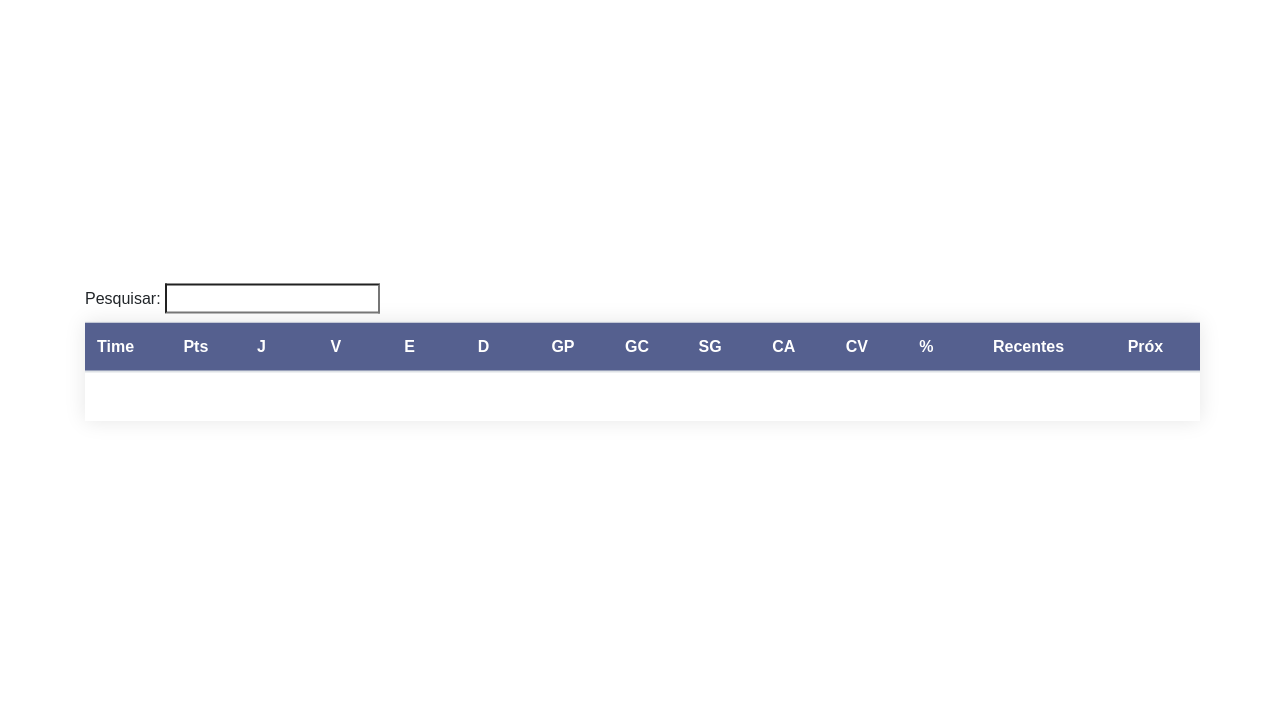
Repository: danielvieira7/campeonato-brasileiro-embed
Page: index.html
The author's editor kept a copy of each file at every save. The page is drawn from the files as they stood at one save, then again after the next save.
The browser window is 1280 px wide. The pictures show the whole page.
The page's requests for data from a server got no answer. Some web libraries are served in a nearby version.

Above is the page before, as saved 2021-02-11 23:48:22.

### index.html
<!doctype html>
<html lang="en">
<head>
    <title>Tabela do Campeonato Brasileiro</title>
    <!-- Required meta tags -->
    <meta charset="utf-8">
    <meta name="viewport" content="width=device-width, initial-scale=1, shrink-to-fit=no">

    <!-- Bootstrap CSS -->
    <link rel="stylesheet" href="https://stackpath.bootstrapcdn.com/bootstrap/4.3.1/css/bootstrap.min.css" integrity="sha384-ggOyR0iXCbMQv3Xipma34MD+dH/1fQ784/j6cY/iJTQUOhcWr7x9JvoRxT2MZw1T" crossorigin="anonymous">
    <!-- <link rel="stylesheet" href="//cdn.datatables.net/1.10.23/css/jquery.dataTables.min.css"> -->
    <link rel="stylesheet" href="style.css">
</head>
<body>

    <div class="container">
        <table class="table" id="tabela-campeonato-brasileiro">
            <thead>
                <tr>
                    <th>Time</th>
                    <th>Pts</th>
                    <th>J</th>
                    <th>V</th>
                    <th>E</th>
                    <th>D</th>
                    <th>GP</th>
                    <th>GC</th>
                    <th>SG</th>
                    <th>CA</th>
                    <th>CV</th>
                    <th>%</th>
                    <th>Recentes</th>
                    <th>Próx</th>
                </tr>
            </thead>
            <tbody>
                <tr>
                    <td scope="row"></td>
                    <td></td>
                    <td></td>
                    <td></td>
                    <td></td>
                    <td></td>
                    <td></td>
                    <td></td>
                    <td></td>
                    <td></td>
                    <td></td>
                    <td></td>
                    <td></td>
                    <td></td>
                </tr>
            </tbody>
        </table>
    </div>

    <!-- Optional JavaScript -->
    <!-- jQuery first, then Popper.js, then Bootstrap JS -->
    <script src='https://cdnjs.cloudflare.com/ajax/libs/jquery/3.5.1/jquery.min.js' integrity='sha512-bLT0Qm9VnAYZDflyKcBaQ2gg0hSYNQrJ8RilYldYQ1FxQYoCLtUjuuRuZo+fjqhx/qtq/1itJ0C2ejDxltZVFg==' crossorigin='anonymous'></script>

    <script src="https://cdnjs.cloudflare.com/ajax/libs/popper.js/1.14.7/umd/popper.min.js" integrity="sha384-UO2eT0CpHqdSJQ6hJty5KVphtPhzWj9WO1clHTMGa3JDZwrnQq4sF86dIHNDz0W1" crossorigin="anonymous"></script>
    <script src="https://stackpath.bootstrapcdn.com/bootstrap/4.3.1/js/bootstrap.min.js" integrity="sha384-JjSmVgyd0p3pXB1rRibZUAYoIIy6OrQ6VrjIEaFf/nJGzIxFDsf4x0xIM+B07jRM" crossorigin="anonymous"></script>
    <script src="//cdn.datatables.net/1.10.23/js/jquery.dataTables.min.js"></script>
    <script src="app.js"></script>
</body>
</html>

### style.css
html,
body {
}
body {
	background: linear-gradient(45deg, #49a09d, #5f2c82);
	font-family: sans-serif;
	font-weight: 100;
}
.container {
	position: absolute;
	top: 50%;
	left: 50%;
	transform: translate(-50%, -50%);
}
table {
	width: 800px;
	border-collapse: collapse;
	overflow: hidden;
	box-shadow: 0 0 20px rgba(0, 0, 0, 0.1);
}
th,
td {
	padding: 15px;
	background-color: rgba(255, 255, 255, 0.2);
	color: #fff;
}
th {
	text-align: left;
}
thead th {
	background-color: #55608f;
}
tbody tr:hover {
	background-color: rgba(255, 255, 255, 0.3);
}
tbody td {
	position: relative;
}
tbody td:hover:before {
	content: "";
	position: absolute;
	left: 0;
	right: 0;
	top: -9999px;
	bottom: -9999px;
	background-color: rgba(255, 255, 255, 0.2);
	z-index: -1;
}

### app.js
var tabelaCampeonatoBrasileiro

$(function () {


    var options = {
        "searching": true,
        "paging": false,
        "info": false,
        "ajax": "https://danielvieira7.github.io/campeonato-brasileiro-json-api/campeonato-brasileiro.json",
        // "ajax": "json.json",
        "dom": '<"top"if>rt<"bottom"><"clear">',
        "language": { "emptyTable": "Não há tabela para esta pesquisa",
            "sInfo": "Exibindo um total de _TOTAL_ times.",
            "sInfoEmpty": "",
            "search": "Pesquisar: ",
            "infoFiltered": "",
            "sZeroRecords": "Não há tabela para esta pesquisa",},
        columns: [
            {"data": "nome"},
            {"data": "pontos"},
            {"data": "jogos"},
            {"data": "vitorias"},
            {"data": "empates"},
            {"data": "derrotas"},
            {"data": "gols_pro"},
            {"data": "gols_contra"},
            {"data": "saldo_gols"},
            {"data": "cartoes_amarelo"},
            {"data": "cartoes_vermelhos"},
            {"data": "aproveitamento"},
            {"data": "recentes"},
            {"data": "proximo_adversario"},
        ],
        columnDefs:[
            { "targets": 0, "width": "5%", "className": "dt-center"},
            { "targets": 1, "width": "5%", "className": "dt-center"},
            { "targets": 2, "width": "5%", "className": "dt-center"},
            { "targets": 3, "width": "5%", "className": "dt-center"},
            { "targets": 4, "width": "5%", "className": "dt-center"},
            { "targets": 5, "width": "5%", "className": "dt-center"},
            { "targets": 6, "width": "5%", "className": "dt-center"},
            { "targets": 7, "width": "5%", "className": "dt-center"},
            { "targets": 8, "width": "5%", "className": "dt-center"},
            { "targets": 9, "width": "5%", "className": "dt-center"},
            { "targets": 10, "width": "5%", "className": "dt-center"},
            { "targets": 11, "width": "5%", "className": "dt-center"},
            { "targets": 12, "width": "5%", "className": "dt-center"},
            { "targets": 13, "width": "5%", "className": "dt-center"},
        ],
        "order": [[ 1, "desc" ]],
        "pageLength": 25
    }

    tabelaCampeonatoBrasileiro = $("#tabela-campeonato-brasileiro").DataTable(options)

})

After the next save:
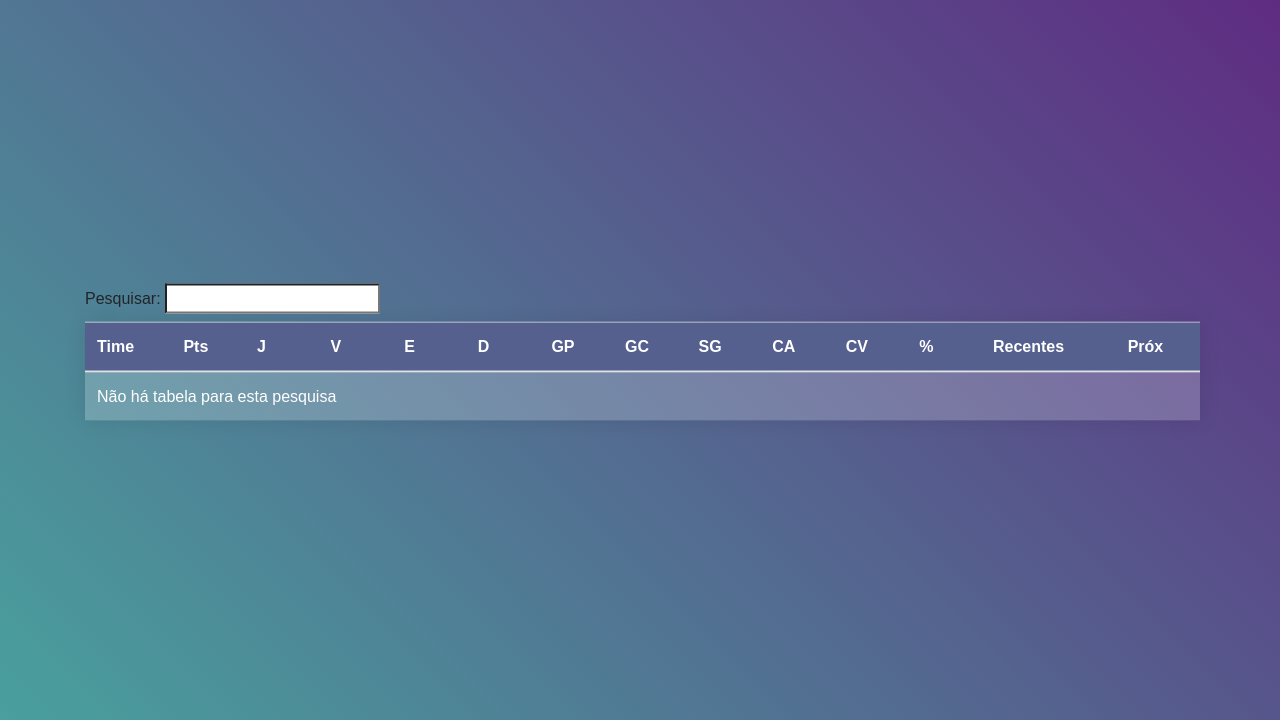
Saved 6 s later.
--- a/style.css
+++ b/style.css
@@ -1,7 +1,9 @@
 html,
 body {
+	height: 100%;
 }
 body {
+	margin: 0;
 	background: linear-gradient(45deg, #49a09d, #5f2c82);
 	font-family: sans-serif;
 	font-weight: 100;
